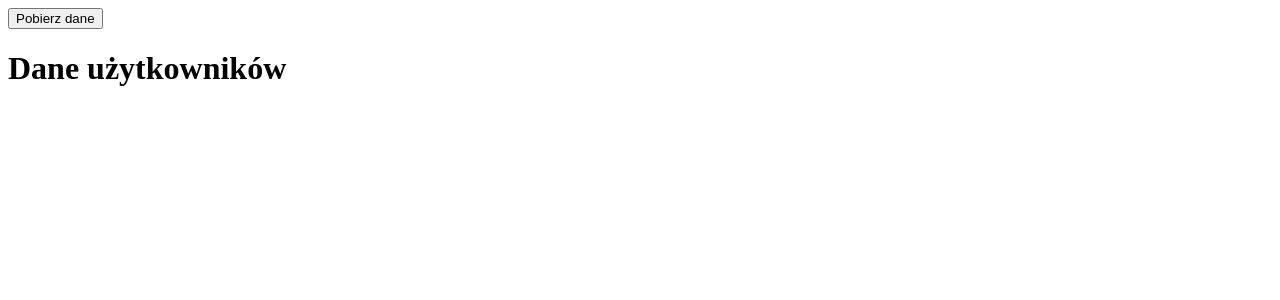
Repository: magdaf41/AJAX
Page: zadanie 1/index.html
An editor plug-in stored every save of this project. The page is shown before and after the next save, followed by the edit.
The browser window is 1280 px wide. The pictures show the whole page.

Above is the page before, as saved 2020-09-13 21:48:45.

After the next save:
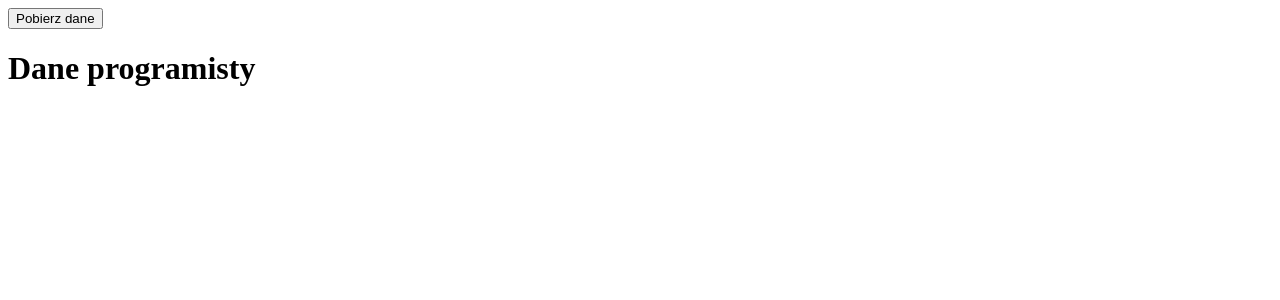
Saved 20 s later.
--- a/zadanie 1/index.html
+++ b/zadanie 1/index.html
@@ -10,7 +10,7 @@
 <body>
 
     <button id="get-data">Pobierz dane</button>
-    <h1>Dane użytkowników</h1>
+    <h1>Dane programisty</h1>
     <div id="userData"></div>
 
 
